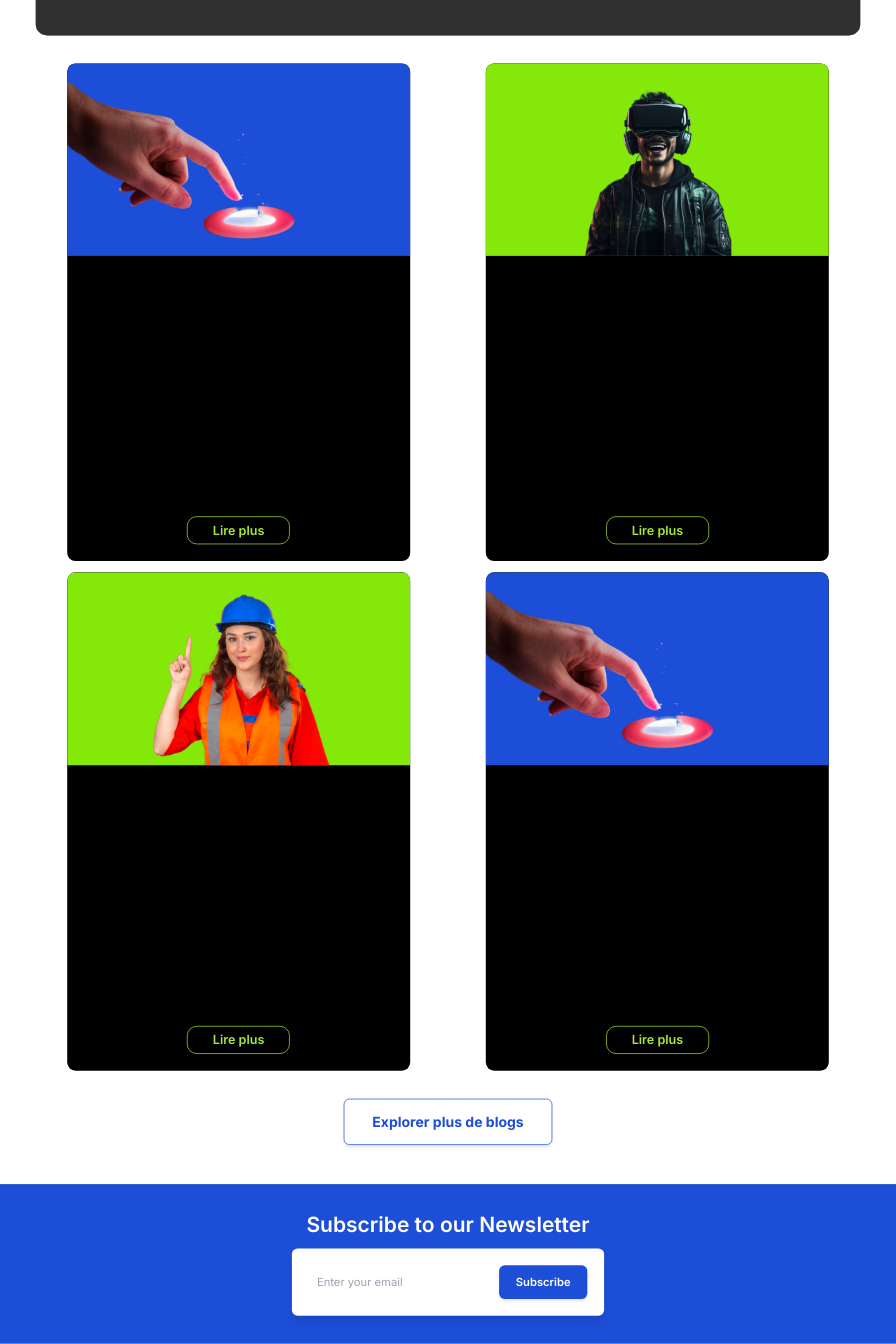
Repository: NassimeElkamari/test
Page: /blogs
An editor plug-in stored every save of this project. The page is shown before and after the next save, followed by the edit.
The browser window is 1280 px wide. The pictures show the part of the page from y = 601 to 2521 px (the page is 2521 px tall), at 70% of full size.
Pictures or frames that could not be fetched are drawn as grey boxes. The project was rebuilt for these pictures with package versions that can differ from the ones it lists, and the page was loaded fresh each time. The framework's server and built-in components were replaced by stand-ins that run in the browser. Also part of the build but not shown: next.config.mjs.

Above is the page before, as saved 2024-06-12 16:16:46.

After the next save:
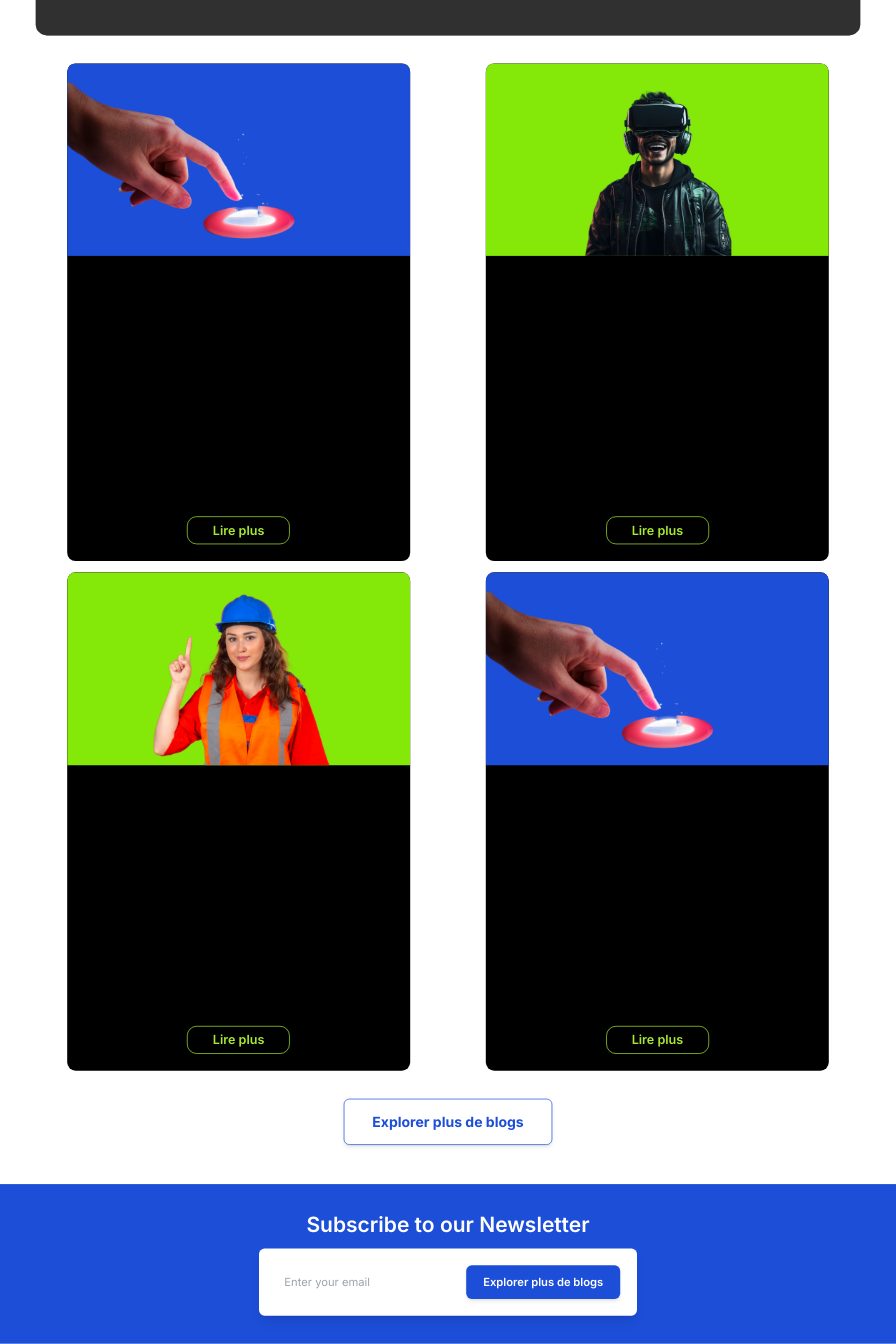
Saved 19 s later.
--- a/src/app/blogs/page.tsx
+++ b/src/app/blogs/page.tsx
@@ -75,7 +75,7 @@ const Blog = () => {
             className="w-64 p-3 mb-4 sm:mb-0 sm:mr-4 rounded-lg focus:outline-none"
           />
           <button className="bg-[#1D4ED8] text-white font-semibold py-3 px-6 rounded-lg shadow-md hover:bg-[#1B4DB8]">
-            Subscribe
+          Explorer plus de blogs
           </button>
         </div>
       </div>
